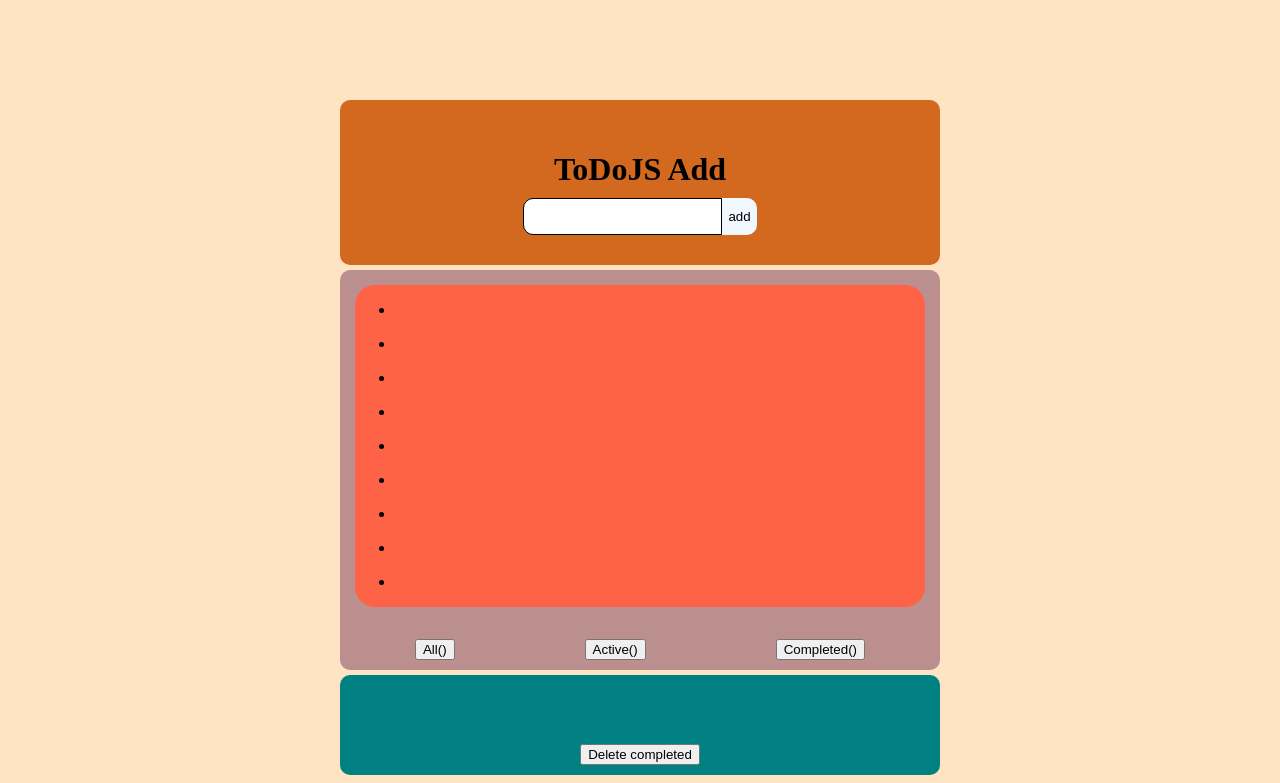
Repository: Savich01/ToDo
Page: index.html
An editor plug-in stored every save of this project. The page is shown before and after the next save, followed by the edit.
The browser window is 1280 px wide. The pictures show the whole page.

Above is the page before, as saved 2024-05-06 10:33:44.

After the next save:
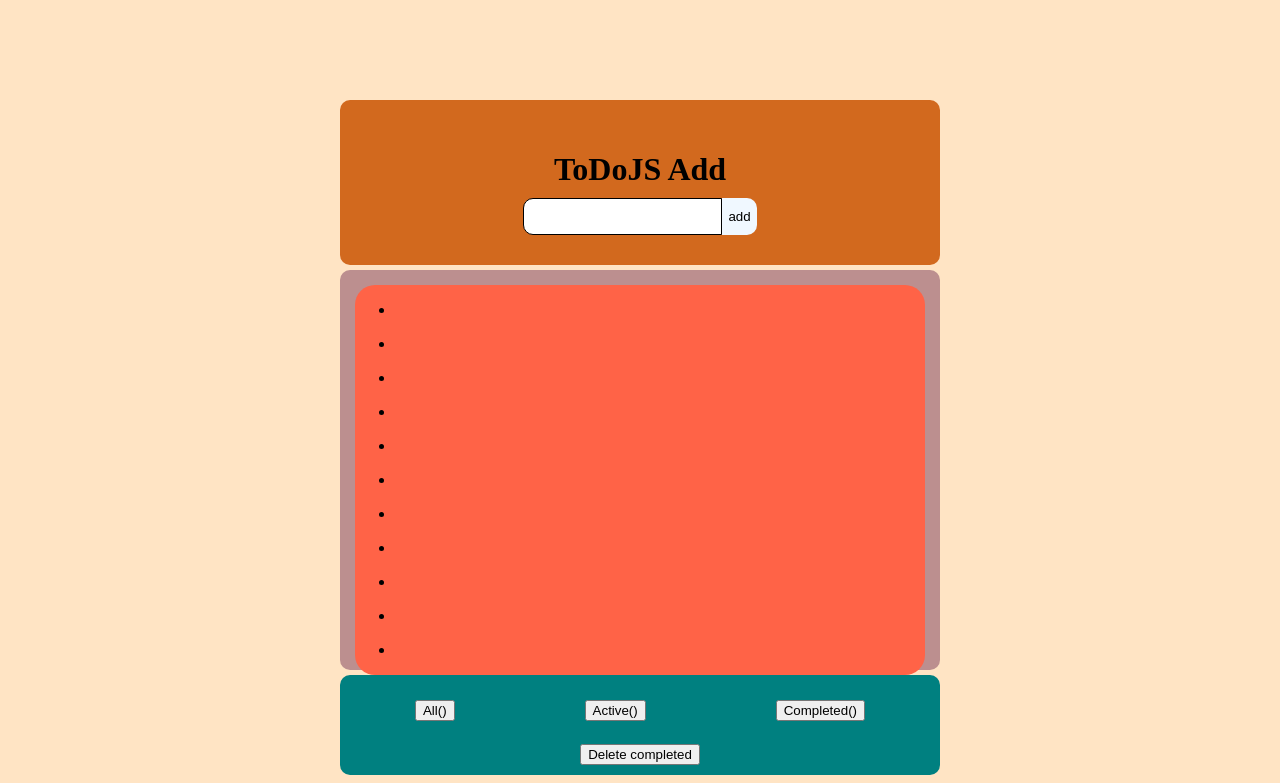
Saved 10 s later.
--- a/index.html
+++ b/index.html
@@ -56,6 +56,12 @@
                <ul class="main-container--list">
                 <li class="main-container--list-link"></li>
                </ul>
+               <ul class="main-container--list">
+                <li class="main-container--list-link"></li>
+               </ul>
+               <ul class="main-container--list">
+                <li class="main-container--list-link"></li>
+               </ul>
             </div>
             <div class="main-button">
                  <button class="main-btn1">All()</button>

After the save that followed:
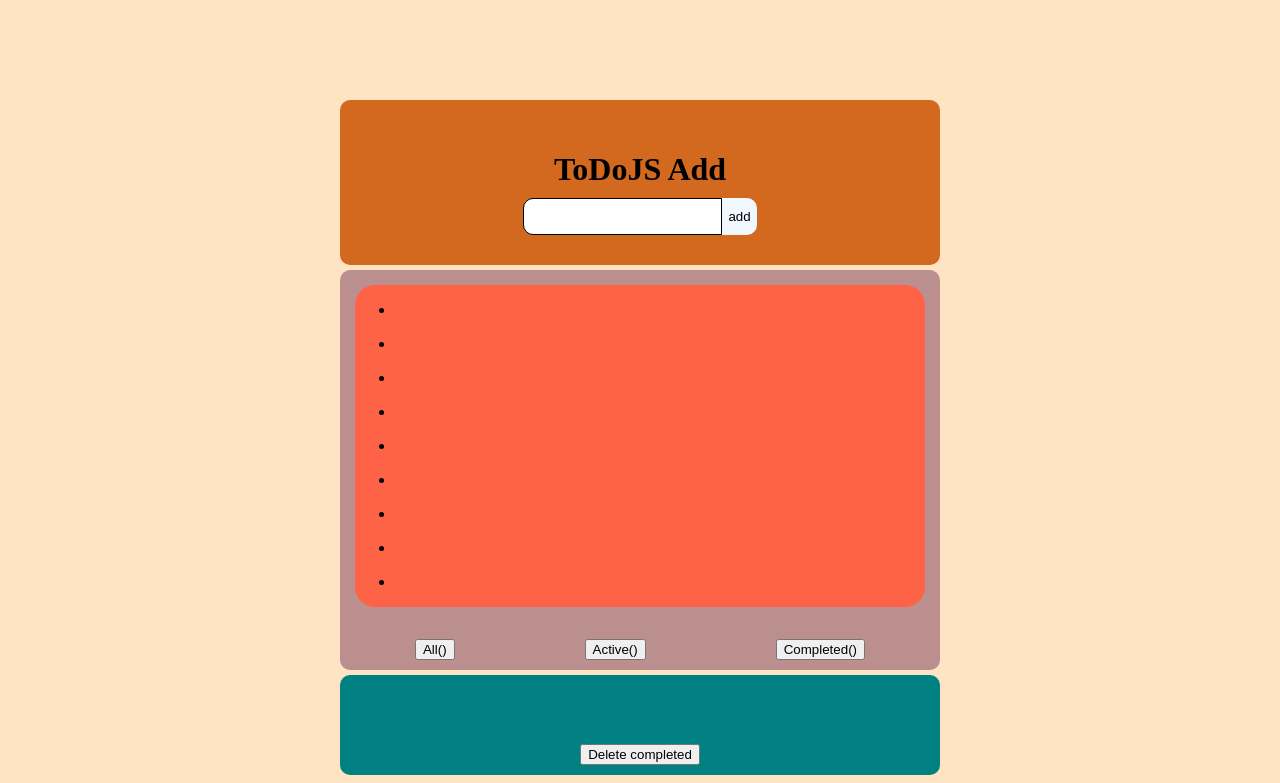
Saved 14 s later.
--- a/index.html
+++ b/index.html
@@ -56,12 +56,7 @@
                <ul class="main-container--list">
                 <li class="main-container--list-link"></li>
                </ul>
-               <ul class="main-container--list">
-                <li class="main-container--list-link"></li>
-               </ul>
-               <ul class="main-container--list">
-                <li class="main-container--list-link"></li>
-               </ul>
+
             </div>
             <div class="main-button">
                  <button class="main-btn1">All()</button>
